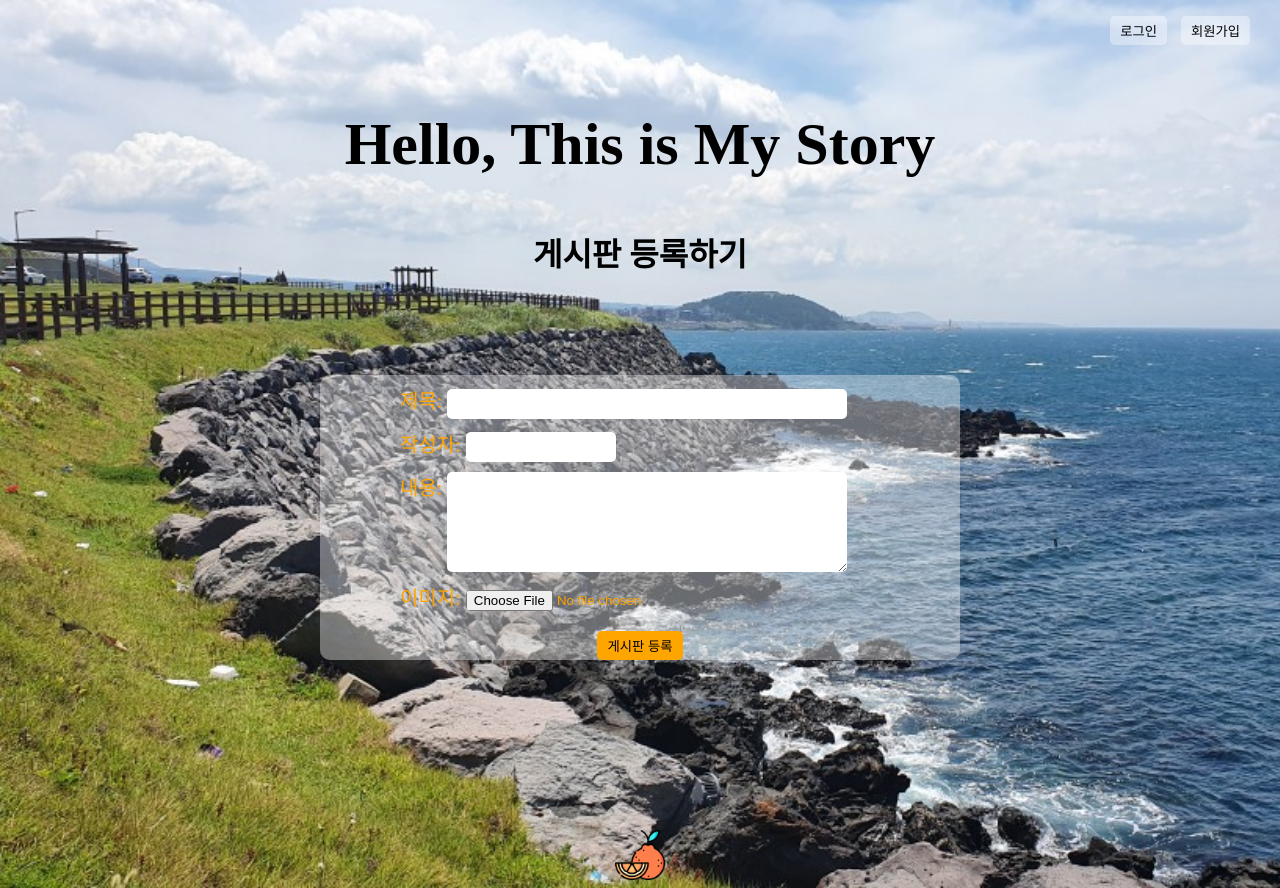
Repository: jeeniii/test2022_12_29
Page: http://localhost/portfolio/board/register.jsp
An editor plug-in stored every save of this project. The page is shown before and after the next save, followed by the edit.
The browser window is 1280 px wide. The pictures show the whole page.
The page is served by Tomcat 9. Other server files are loaded and not shown. The template is opened directly, without the code that normally fills it, so the values that code supplies are empty.

Above is the page before, as saved 2022-12-14 01:24:17.

### JSP_Portfolio/portfolio/src/main/webapp/board/register.jsp
<%@ page language="java" contentType="text/html; charset=UTF-8"
    pageEncoding="UTF-8"%>
<!DOCTYPE html>
<html>
<head>
<meta charset="UTF-8">
<title>Insert title here</title>
<%@ include file="/header.jsp" %>
<link rel="stylesheet" href="/resources/css/boardRegister.css" type="text/css">
</head>
<body>
<div class="main_container">
<h1>게시판 등록하기</h1>
<div class="main_container2">
	<form action="/brd/insert" method="post" enctype="multipart/form-data">
		<div class="sub">
			<div class="sub2">
				<div class="input1">
					<span class="sp">
						제목:
					</span>
						<input type="text" name="title" id="textbox1"> <br>
				</div>
			</div>
			<div class="sub2">
				<div class="input2">
					<span class="sp">
						작성자:
					</span>
						<input type="text" name="writer" value="${ses.nick_name }" id="textbox2" readonly="readonly"> <br>
				</div>
			</div>
			<div class="sub2">
				<div class="input3">
					<span class="sp">
						내용:
					</span>
						<textarea rows="30" cols="30" name="content"></textarea> <br>
				</div>
			</div>
			<div class="sub2">
				<div class="input4">
					<span class="sp">
						이미지:
					</span>
						<input type="file" id="file" name="image_file" accept="image/png, image/jpg, img/jpeg, image/gif"> <br>
				</div>
			</div>
		</div>
		<div class="boardRe">
			<button type="submit">게시판 등록</button>
		</div>
	</form>
	</div>
	</div>
	<%@ include file="/footer.jsp" %>
</body>
</html>

### JSP_Portfolio/portfolio/src/main/webapp/header.jsp
<%@ page language="java" contentType="text/html; charset=UTF-8"
    pageEncoding="UTF-8"%>
    <%@ taglib uri="http://java.sun.com/jsp/jstl/core" prefix="c" %>
<!DOCTYPE html>
<html>
<head>
<meta charset="UTF-8">

<link rel="stylesheet" href="/resources/css/header.css" type="text/css">
</head>
<body>
	<header>
		<div class="realHeader">
			<div class="headbar">
				<ul>

					<c:if test="${ses.id ne null }">
						<li>
							${ses.nick_name }님
						</li>
						<li>
							<a href="/mem/logout?id=${ses.id }"><button type="button">로그아웃</button></a>
						</li>
						<li>
							<a href="/mem/modify?id=${ses.id }"><button type="button">회원정보수정</button></a>
						</li>
					</c:if>

					<c:if test="${ses.id eq null }">
						<li>
							<a href="/mem/login"><button type="button">로그인</button></a>
						</li>
						<li>
							<a href="/mem/join"><button type="button"> 회원가입</button></a>
						</li>
					</c:if>
				</ul>
			</div>
		</div>
		<div class="topic">
			<h1>Hello, This is My Story</h1>
		</div>
	</header>
</body>
</html>

### JSP_Portfolio/portfolio/src/main/webapp/footer.jsp
<%@ page language="java" contentType="text/html; charset=UTF-8"
    pageEncoding="UTF-8"%>
    <%@ taglib uri="http://java.sun.com/jsp/jstl/core" prefix="c" %>
<!DOCTYPE html>
<html>
<head>
<meta charset="UTF-8">
<title>Insert title here</title>
<link rel="stylesheet" href="/resources/css/footer.css" type="text/css">
</head>
<body>
<footer>
		<a href="/" id="hanlabtn"><button type="button"><img src="/resources/한라봉.png" id="hanlabong"></button></a>
</footer>
</body>
</html>

### JSP_Portfolio/portfolio/src/main/webapp/resources/css/header.css
@charset "UTF-8";
* {
    margin: 0;
    padding: 0;
    box-sizing: border-box;
}
body{
	width:100%;
	height:100%;
	background-image: url("/resources/제주 바다.jpg");
	background-repeat: no-repeat;
	background-size: cover;
}
.topic{
	text-align: center;
	font-size: 30px;
}
.realHeader{
	height: 60px;
}
.headbar{
	display: flex;
	align-items: center;
	float: right;
	padding: 0px 30px;
	height: 60px;
}
.headbar>ul{
    list-style-type: none;
}
.headbar>ul>li{
	display: inline;;
	margin-left: 10px;
	line-height: 30px;
	vertical-align: middle;
}
.headbar>ul>li>a{
	font-size: 20px;
	font-weight: 700px;
	color: black;
    text-decoration-line:none ;
}
button[type="button"]{
	border: 0px;
	padding: 5px 10px;
	border-radius: 5px;
	background-color: rgba(255, 255, 255, 0.377);
}

### JSP_Portfolio/portfolio/src/main/webapp/resources/css/boardRegister.css
@charset "UTF-8";

h1{
	margin-top: 50px;
}
.boardRe{
	text-align: center;
}
.main_container{
    display: flex;
    min-width: 1050px;
    flex-direction: column;
    align-items: center;
}

.main_container2{
	color:orange;
	font-size:20px;
	width: 640px;
	margin: 0 auto;
	background-color: rgba(255, 255, 255, 0.377);
	border-radius: 10px;
	margin-top: 100px;
	margin-bottom:165px;

}
.sub{
	display:block;
	width: 100%;
	padding: 10px 20px;
	margin-left: 60px;
}
.sub2{
	margin-bottom: 10px;
}
body{
	width:100%;
	height:100%;
    background-image:url("/resources/css/바다.jpg") ;
    background-repeat: no-repeat;
    background-size: cover;
}
input{
	border-radius: 5px;
	border: 0px;
}
.sub2>.input3{
	display: flex;
}
textarea{
	width: 400px;
	height: 100px;
	border: 0px;
	border-radius: 5px;
	margin-left: 5px;
}
#textbox1{
	width: 400px;
	height: 30px;
}
#textbox2{
	width: 150px;
	height: 30px;
}
button[type="submit"]{
	border: 0px;
	padding: 5px 10px;
	background-color: orange;
	border-radius: 5px;
}

### JSP_Portfolio/portfolio/src/main/webapp/resources/css/footer.css
@charset "UTF-8";
#hanlabong{
    width: 50px;
    height: 50px;
}

#hanlabtn{
	background-color: transparent;
	border:none;
	cursor: pointer;
}
#hanlabtn button{
	background-color: transparent;
	border:none;
	cursor: pointer;

}
#hanlabtn:hover{
	transform:scale(1.5);
  	transition: transform .5s;
}
footer{
	width: 100%;
	display: flex;
	justify-content: center;
}

After the next save:
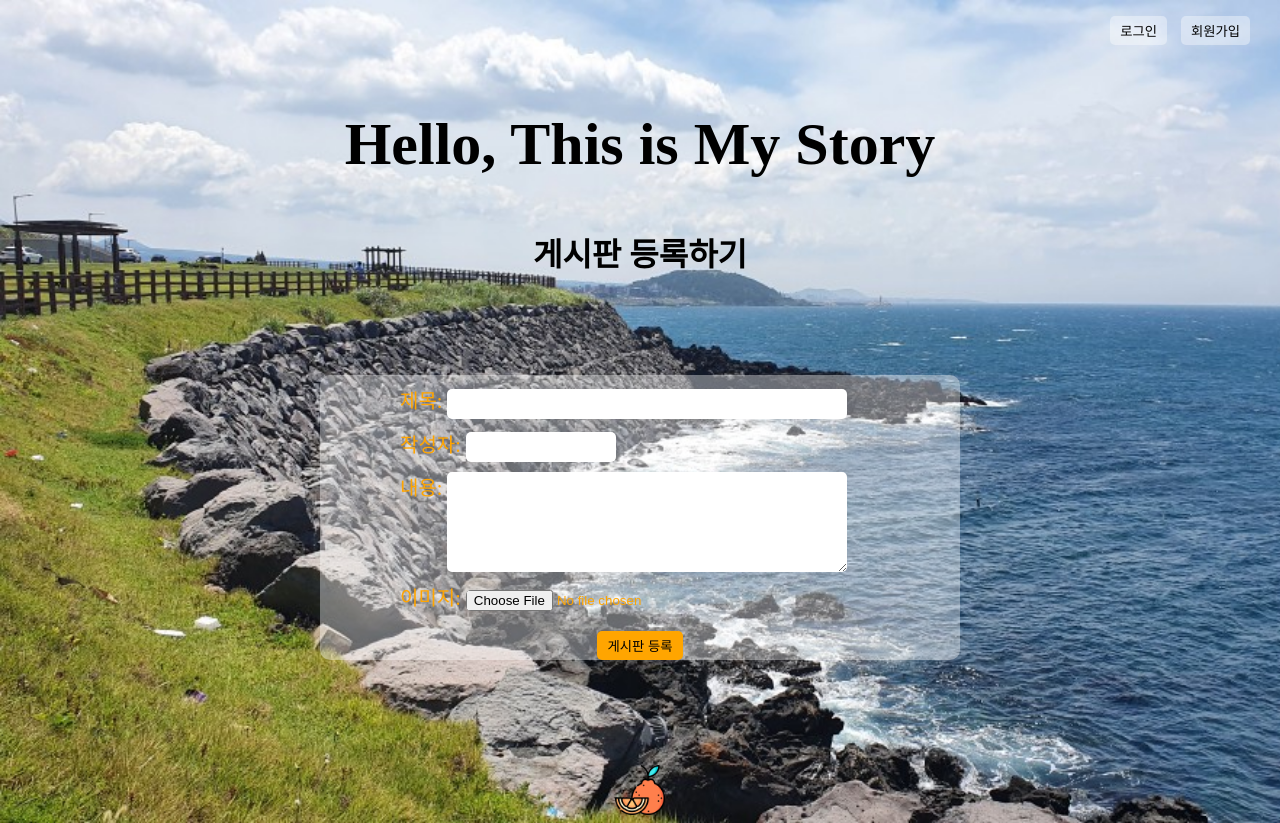
Saved 13 s later.
--- a/JSP_Portfolio/portfolio/src/main/webapp/resources/css/boardRegister.css
+++ b/JSP_Portfolio/portfolio/src/main/webapp/resources/css/boardRegister.css
@@ -21,7 +21,7 @@ h1{
 	background-color: rgba(255, 255, 255, 0.377);
 	border-radius: 10px;
 	margin-top: 100px;
-	margin-bottom:165px;
+	margin-bottom:100px;
 
 }
 .sub{
